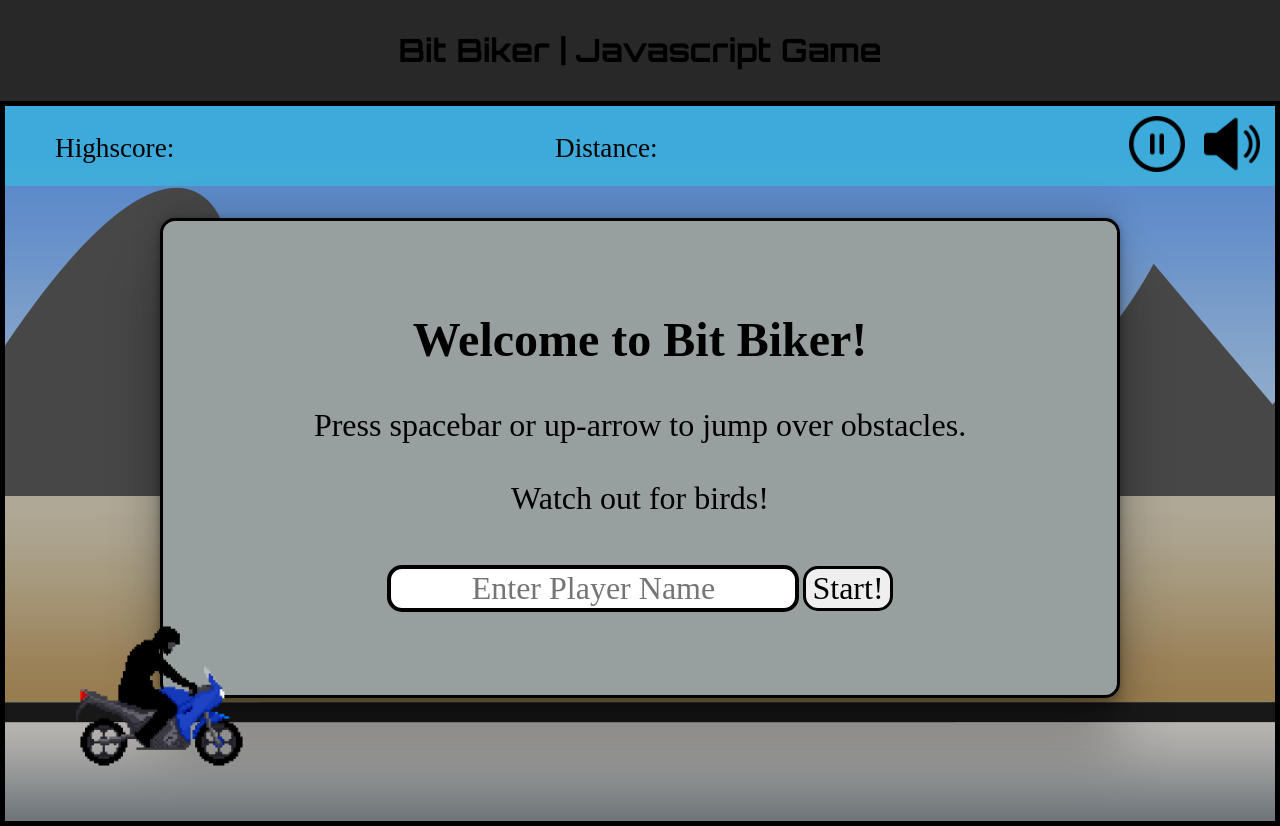
Repository: jellymel0n/bit-biker
Page: index.html
The author's editor kept a copy of each file at every save. The page is drawn from the files as they stood at one save, then again after the next save.
The browser window is 1280 px wide. The pictures show the whole page.

Above is the page before, as saved 2021-07-18 18:38:01.

After the next save:
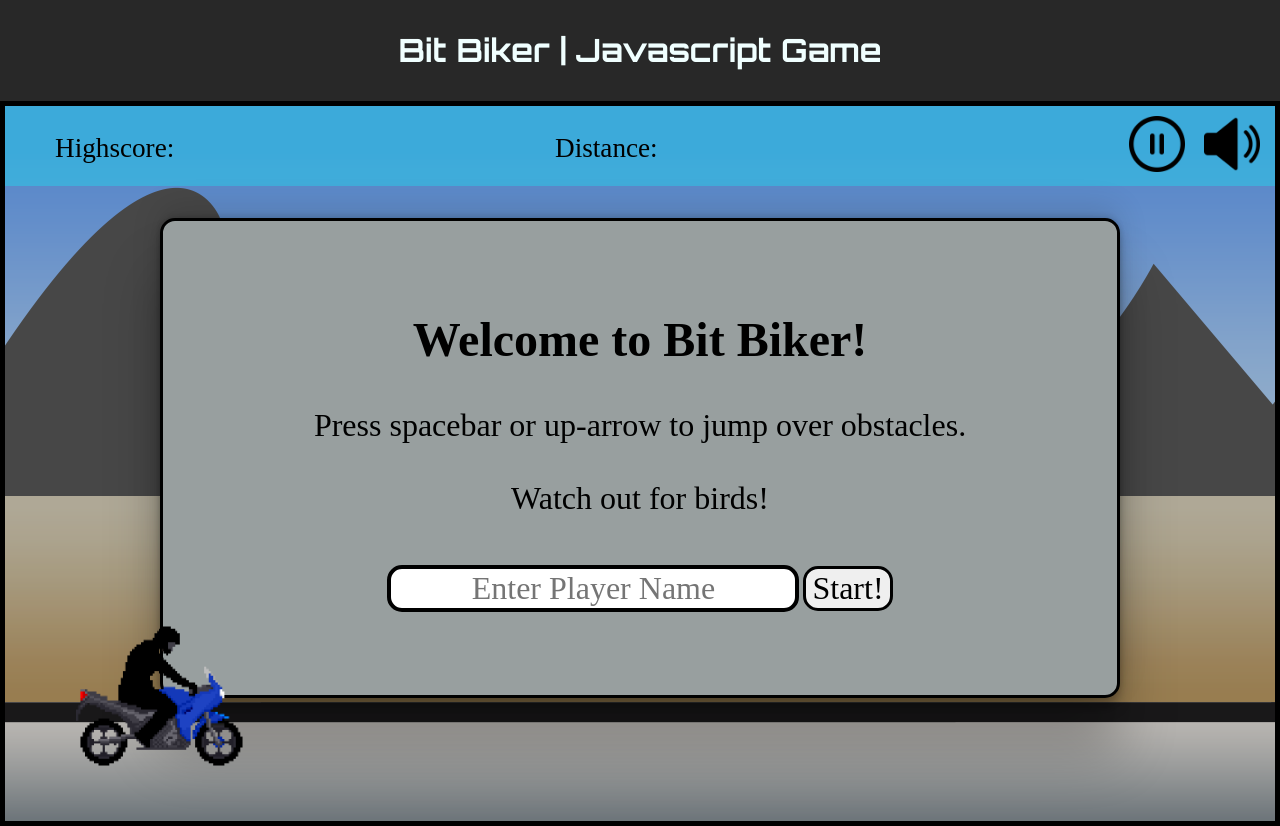
Saved 21 s later.
--- a/styles/styles.css
+++ b/styles/styles.css
@@ -4,6 +4,7 @@ body {
 
 h1 {
     font-family: 'Orbitron', sans-serif;
+    color: azure;
     text-align: center;
     margin: 2rem auto;
 }
